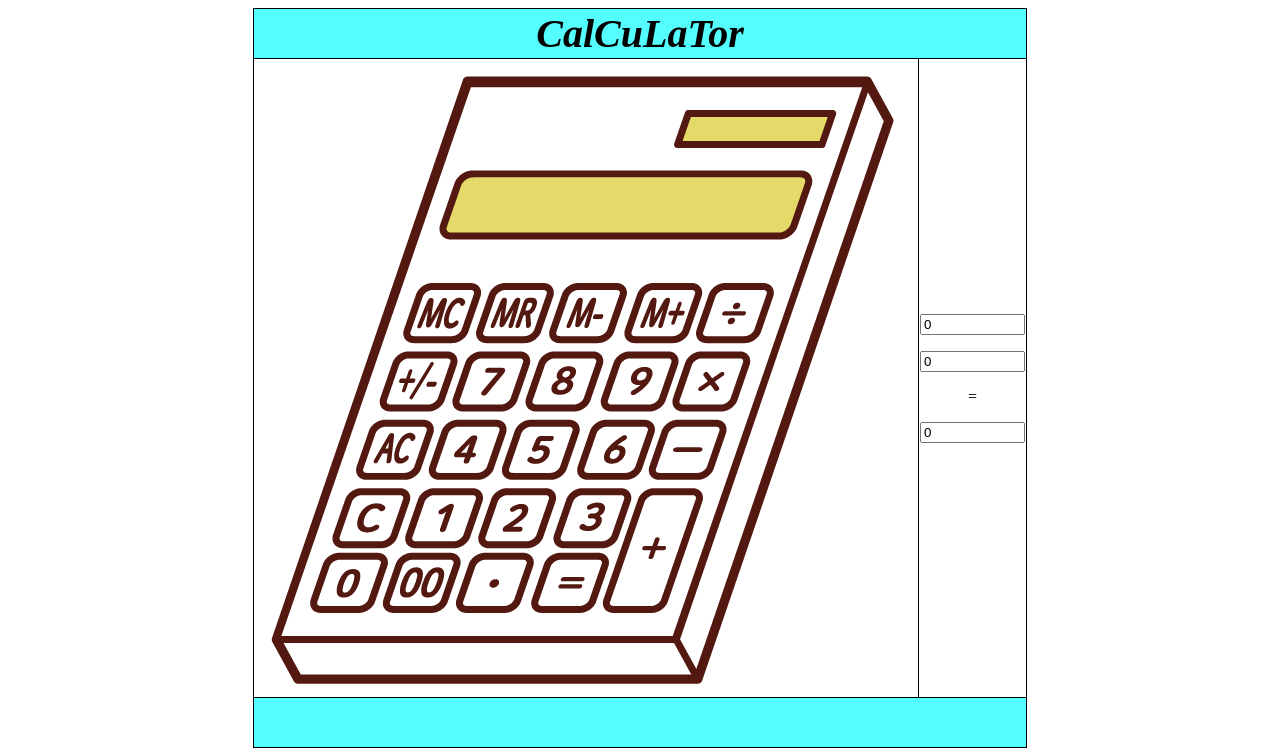
Repository: jpg723/Assignment
Page: http://localhost/LAB9/LAB9_0/calc_result.jsp
The author's editor kept a copy of each file at every save. The page is drawn from the files as they stood at one save, then again after the next save.
The browser window is 1280 px wide. The pictures show the whole page.
The page is served by Tomcat 9.

Above is the page before, as saved 2021-12-20 07:34:16.

### 웹프로그래밍/LAB9/src/main/webapp/LAB9_0/calc_result.jsp
<%@ page language="java" contentType="text/html; charset=UTF-8"
    pageEncoding="UTF-8"%>
<%!
	int num1 = 0, num2 = 0;
	int result = 0;
	String op = "";

	public int calculator(){
		if(op.equals("+")){
			result = num1 + num2;
		}
		else if(op.equals("-")){
			result = num1 - num2;
		}
		else if(op.equals("*")){
			result = num1 * num2;
		}
		else if(op.equals("/")){
			result = num1 / num2;
		}
		return result;
	}
%>
<%
	if(request.getMethod().equals("POST")){
		num1 = Integer.parseInt(request.getParameter("num1"));
		num2 = Integer.parseInt(request.getParameter("num2"));
		op = request.getParameter("operator");
	}
%>
<!DOCTYPE html>
<html>
<head>
<meta charset="UTF-8">
<title>계산기</title>
<style>
	div{
		text-align:center;
	}
	table{
		width: 400px;
		margin: 0px auto;
	}
	table, td{
		border:1px solid;
		border-collapse: collapse;
	}
	th{
		background-color:#55fefe;
		font-size: 40px;
		font-style:oblique;
	}
	input{
		text-aling:center;
	}
</style>
</head>
<body>
<div>
	<table>
		<tr>
			<th colspan="2">CalCuLaTor</th>
		</tr>
		<tr>
			<td><img src="image/calculator.png" alt="계산기"></td>
			<td width=200>
				<form name=form1 method=post action="calc_result.jsp">
					<input type="text" name="num1" value=<%=num1 %> size="10" readonly>
					<p><%=op %></p>
					<input type="text" name="num2" value=<%=num2 %> size="10" readonly>
					<p>=</p>
					<input type="text" name="result" value=<%=calculator() %> size="10" readonly>
				</form>
			</td>
		</tr>
		<tr><th colspan="2">&nbsp;</th></tr>
	</table>
</div>
</body>
</html>

After the next save:
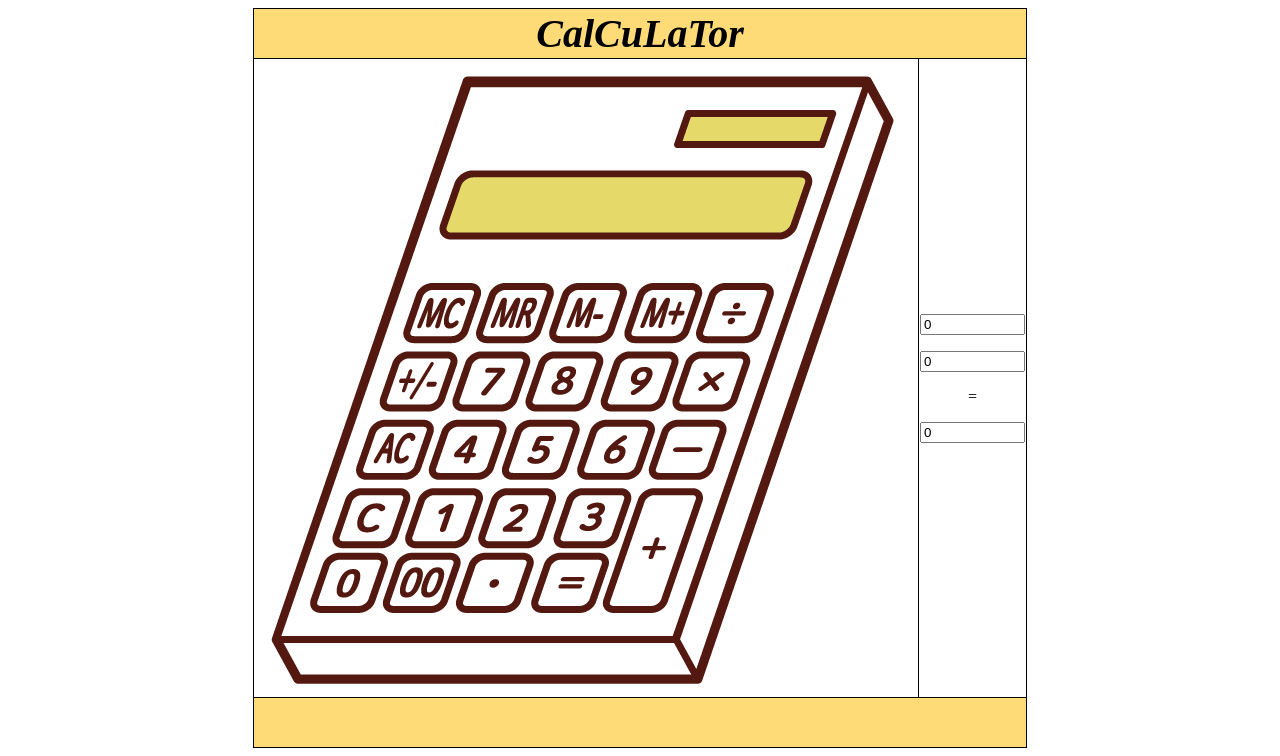
Saved 100 s later.
--- a/웹프로그래밍/LAB9/src/main/webapp/LAB9_0/calc_result.jsp
+++ b/웹프로그래밍/LAB9/src/main/webapp/LAB9_0/calc_result.jsp
@@ -46,7 +46,7 @@
 		border-collapse: collapse;
 	}
 	th{
-		background-color:#55fefe;
+		background-color:#ffdb78;
 		font-size: 40px;
 		font-style:oblique;
 	}
